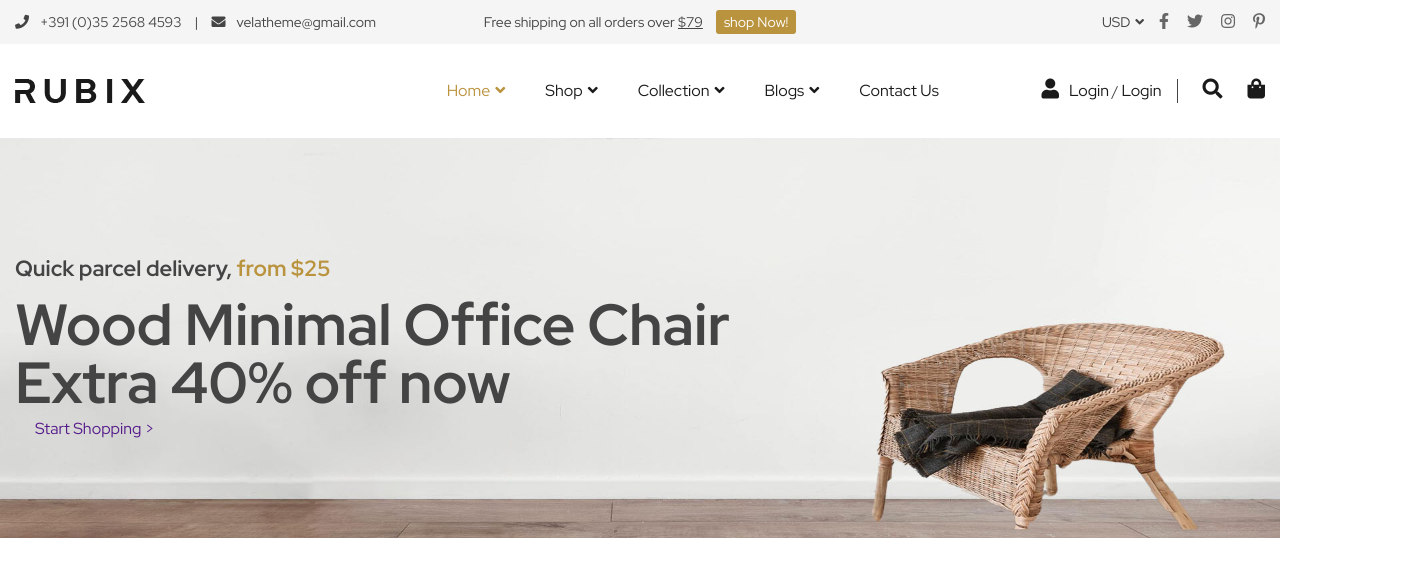
Repository: ldminh95/Gin-velademo
Page: index.html
An editor plug-in stored every save of this project. The page is shown before and after the next save, followed by the edit.
The browser window is 1280 px wide. The page is 1410 px wide, so the pictures cover 1410 px, including what lies to the right of the window. The pictures show the whole page.
The style sheet was rebuilt from its Sass, Less or Tailwind sources for each picture, by a compiler version that may differ from the author's.

Above is the page before, as saved 2023-05-28 11:16:49.

After the next save:
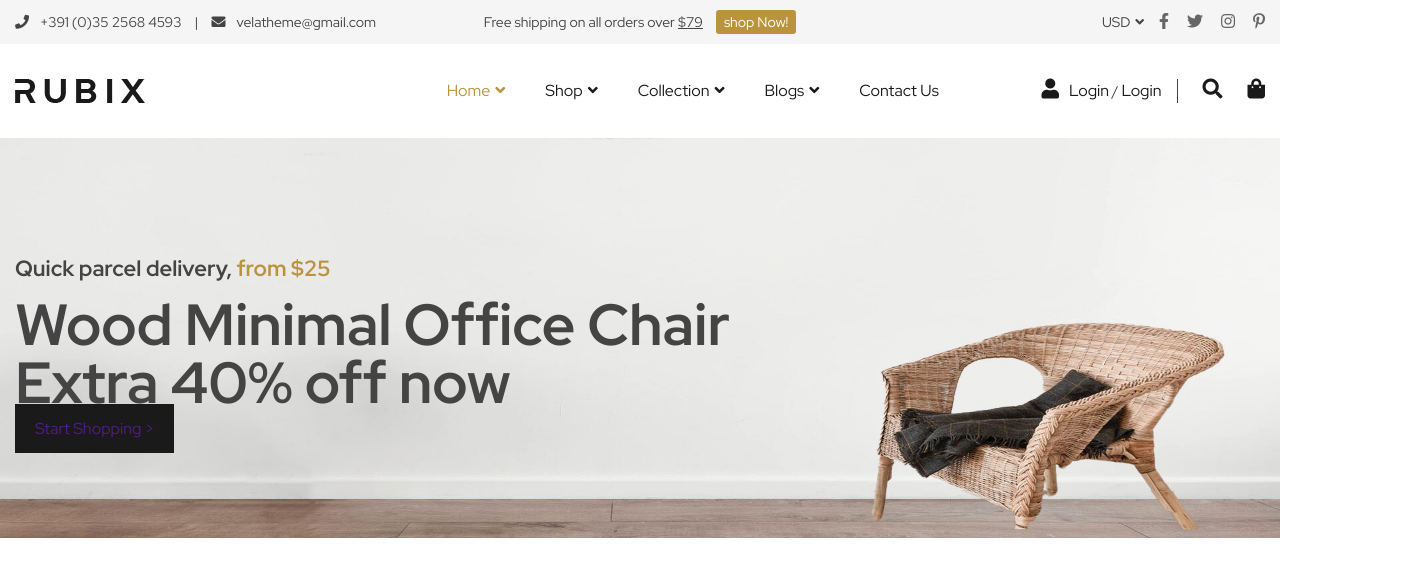
Saved 3 min 5 s later.
--- a/scss/style.scss
+++ b/scss/style.scss
@@ -197,6 +197,7 @@
                     }
                     a {
                         padding: 14px 20px;
+                        background-color: var(--text-color-second);
                     }
                }
             }
